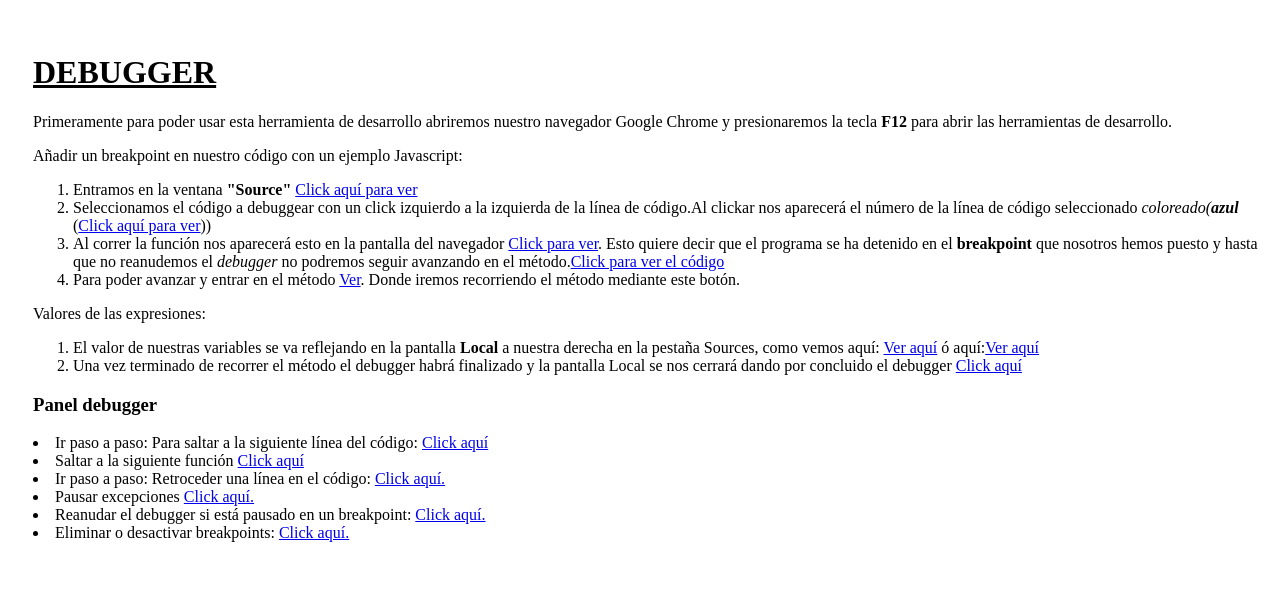
Repository: VictorinoBF97/HerramientasDesarollo
Page: debugger.html
An editor plug-in stored every save of this project. The page is shown before and after the next save, followed by the edit.
The browser window is 1280 px wide. The pictures show the whole page.

Above is the page before, as saved 2018-11-26 07:23:49.
Not found: main.js

### debugger.html
<!DOCTYPE html>
<html>
<head>
    <meta charset="utf-8" />
    <meta http-equiv="X-UA-Compatible" content="IE=edge">
    <title>HERRAMIENTA DEBUGGER</title>
    <meta name="viewport" content="width=device-width, initial-scale=1">
    <link rel="stylesheet" type="text/css" media="screen" href="./css/styles.css" />
    <script src="main.js"></script>
</head>
<body>
    <h1><u>DEBUGGER</u></h1>
    <p>
        Primeramente para poder usar esta herramienta de desarrollo abriremos nuestro
        navegador Google Chrome y presionaremos la tecla <b>F12</b> para abrir las
        herramientas de desarrollo.
    </p>
    <div>
        <p>Añadir un breakpoint en nuestro código con un ejemplo Javascript:</p>
    </div>
    <ol>
        <li>Entramos en la ventana <b>"Source"</b>
             <a href="./images/source.PNG" target="_blank">Click aquí para ver</a>
        </li>
        <li>Seleccionamos el código a debuggear con un click izquierdo a la
            izquierda de la línea de código.Al clickar nos aparecerá el número
            de la línea de código seleccionado <i>coloreado(<b>azul</b></i>
            (<a href="./images/breakpoint.PNG" target="_blank">Click aquí para ver</a>))
        </li>
        <li>Al correr la función nos aparecerá esto en la pantalla del navegador
             <a href="./images/debug.PNG" target="_blank">Click para ver</a>.
            Esto quiere decir que el programa se ha detenido en el <b>breakpoint</b>
            que nosotros hemos puesto y hasta que no reanudemos el <em>debugger</em>
            no podremos seguir avanzando en el método.<a href="./images/dbug.PNG" target="_blank">Click para ver el código</a>
        </li>
        <li>Para poder avanzar y entrar en el método <a href="./images/next.PNG"
        target="_blank">Ver</a>. Donde iremos recorriendo el método mediante este botón.</li>
    </ol>

    <div>Valores de las expresiones:

    </div>
    <ol>
        <li>
            El valor de nuestras variables se va reflejando en la pantalla <strong>Local</strong> a nuestra derecha en la pestaña Sources, como vemos aquí: <a href="./images/variables.PNG" target="_blank">
            Ver aquí</a> ó aquí:<a href="./images/variables2.PNG" target="_blank">Ver aquí</a>
        </li>

        <li>
            Una vez terminado de recorrer el método el debugger habrá finalizado y la pantalla Local se nos cerrará dando por concluido el debugger <a href="./images/fin.png" target="_blank">Click aquí</a>
        </li>
    </ol>

    <h3>Panel debugger</h3>

    <li> Ir paso a paso: Para saltar a la siguiente línea del código: <a href="./images/nextstep.PNG" target="_blank">Click aquí</a>

        <li>
            Saltar a la siguiente función <a href="./images/saltar.PNG"
            target="_blank">Click aquí</a>
        </li>

        <li>Ir paso a paso: Retroceder una línea en el código: <a href="./images/beforestep.PNG"
        target="_blank">Click aquí.</a></li>

        <li>Pausar excepciones <a href="./images/pausa.PNG"
            target="_blank">Click aquí.</a></li>

        <li>Reanudar el debugger si está pausado en un breakpoint: <a href="./images/reanudard.PNG"
        target="_blank">Click aquí.</a></li>

        <li>Eliminar o desactivar breakpoints: <a href="./images/find.PNG"
            target="_blank">Click aquí.</a></li>

</body>
</html>

### css/styles.css
.titulo{
    text-shadow: 0px 0px 5px #000;
    border: 15px ridge #e3e3e3;
    width: 30%;
}
body{
    padding-left: 25px;
    padding-top: 25px;
}

p{

}

After the next save:
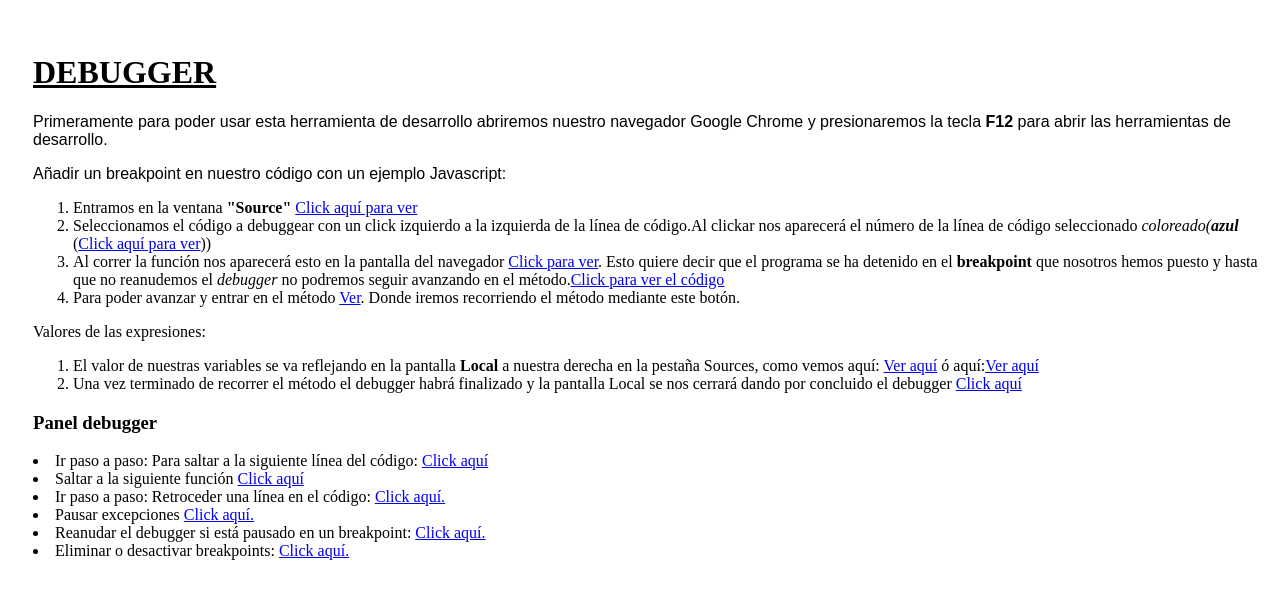
Saved 117 s later.
--- a/css/styles.css
+++ b/css/styles.css
@@ -9,5 +9,6 @@
 }
 
 p{
+    font-family: sans-serif
 
 }

After the 2 saves that followed:
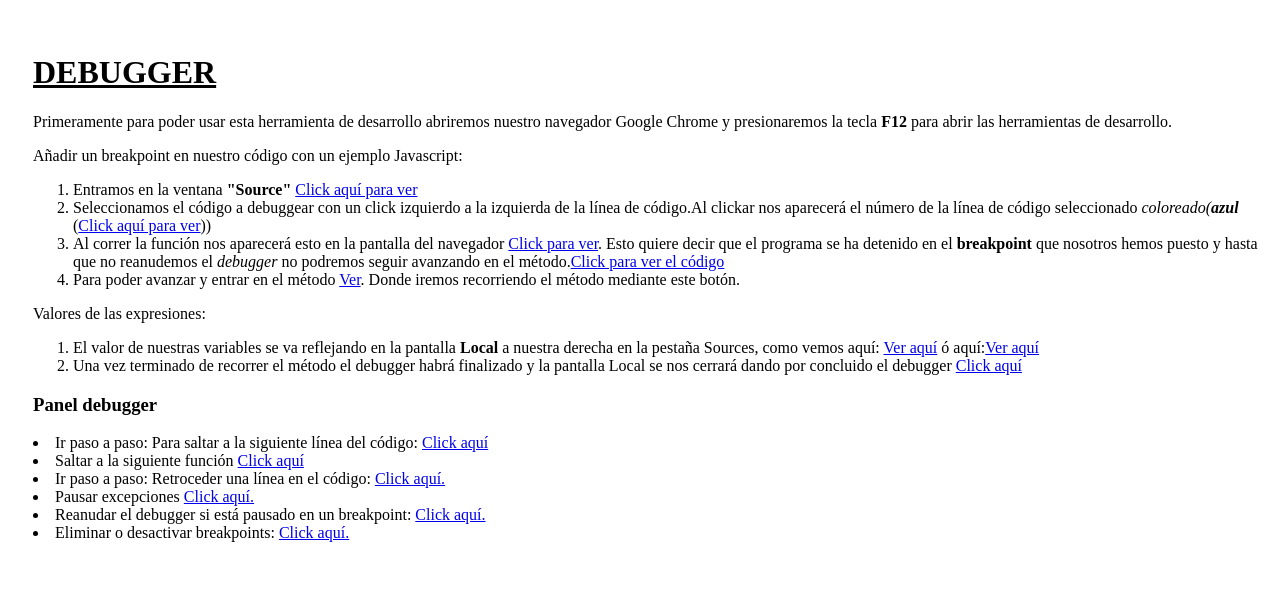
The 2 saves are shown as one change because 1 left the picture as it was.
The last was saved 15 s later.
--- a/css/styles.css
+++ b/css/styles.css
@@ -9,6 +9,6 @@
 }
 
 p{
-    font-family: sans-serif
+
 
 }
